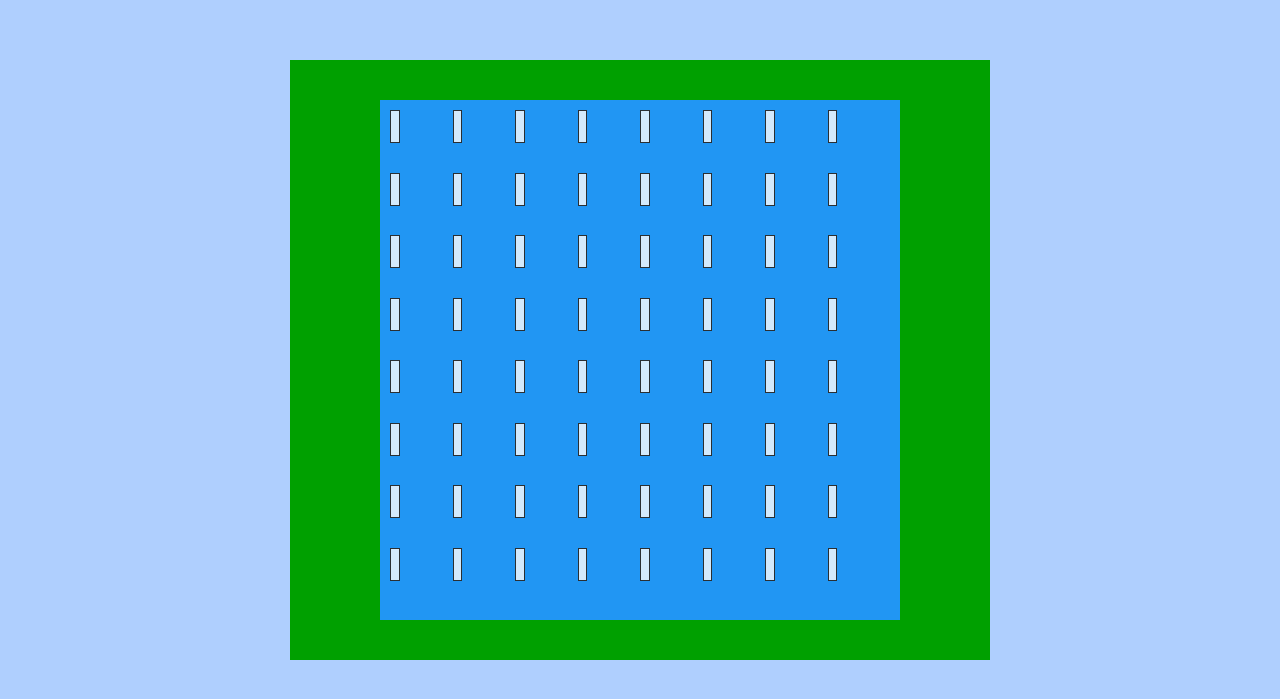
Repository: eliaoucohen72/react-reversi
Page: /
An editor plug-in stored every save of this project. The page is shown before and after a run of saves, followed by the edit.
The browser window is 1280 px wide. The pictures show the whole page.
The project was rebuilt for these pictures with package versions that can differ from the ones it lists, and the page was loaded fresh each time. Also part of the build but not shown: vite.config.ts.

Above is the page before, as saved 2024-08-26 12:50:41.

After the next 3 saves:
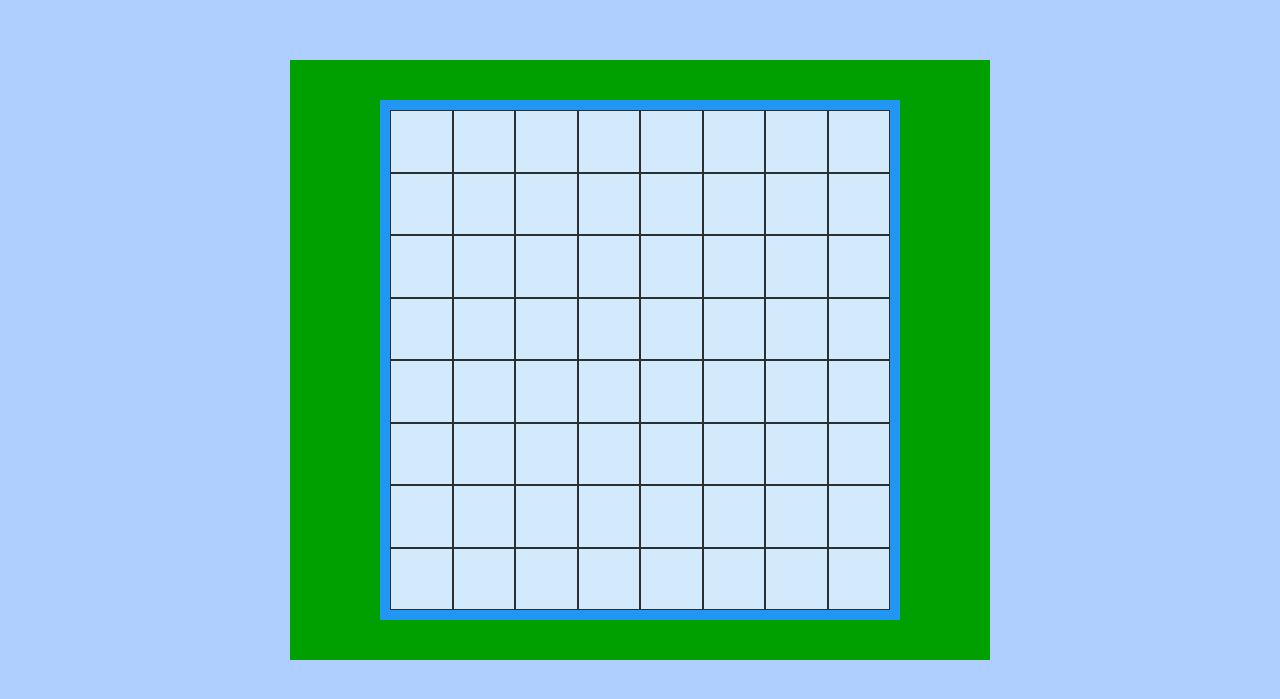
The 3 saves are shown as one change because they came seconds apart.
The last was saved 10 s later.
--- a/src/App.css
+++ b/src/App.css
@@ -10,6 +10,4 @@
   background-color: rgba(255, 255, 255, 0.8);
   border: 1px solid rgba(0, 0, 0, 0.8);
   text-align: center;
-  width: 12.5%;
-  height: 50%;
 }
